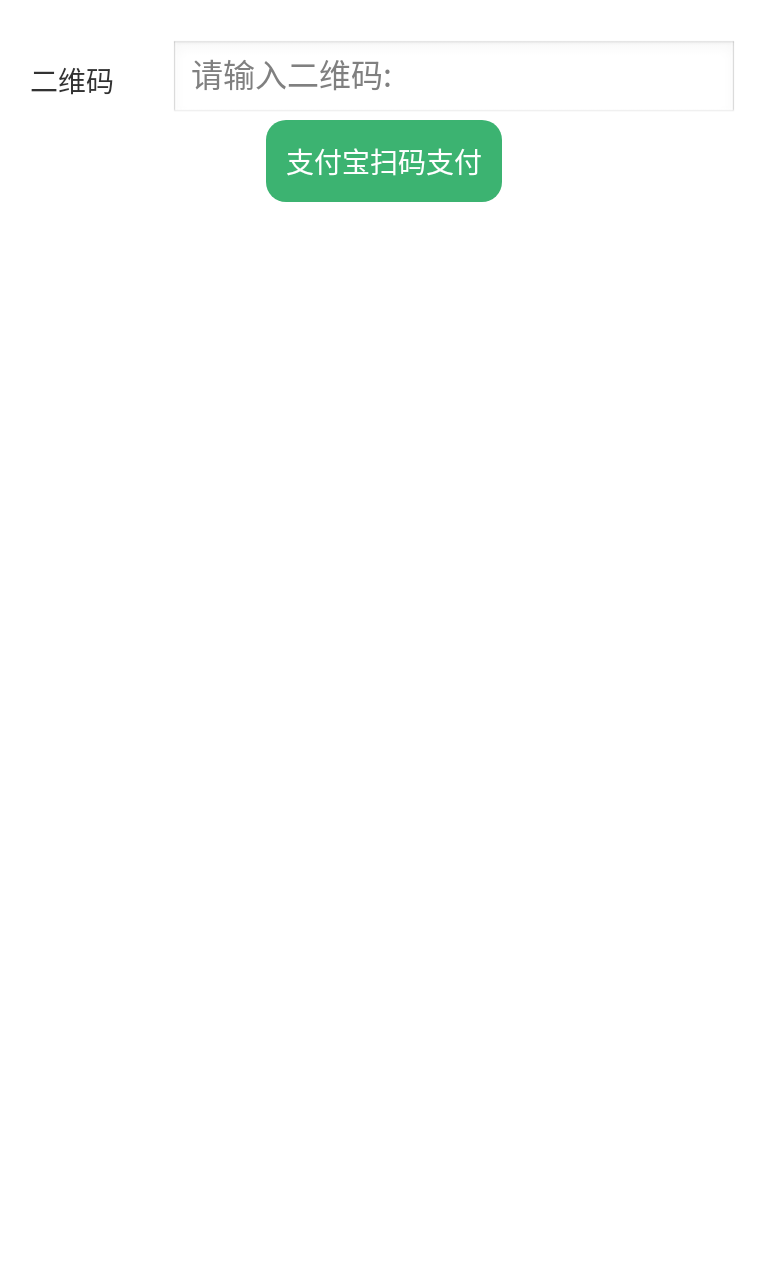
Repository: blanks1314/sysnc_android
Layout: UpayDemo/res/layout/fragment_alipay.xml
An editor plug-in stored every save of this project. The layout is shown before and after the next save, followed by the edit.
It is drawn on a 768 x 1280 px phone screen (xhdpi) without system bars, with theme AppTheme; the app's code is not run.

Above is the layout before, as saved 2015-04-28 06:39:14.

After the next save:
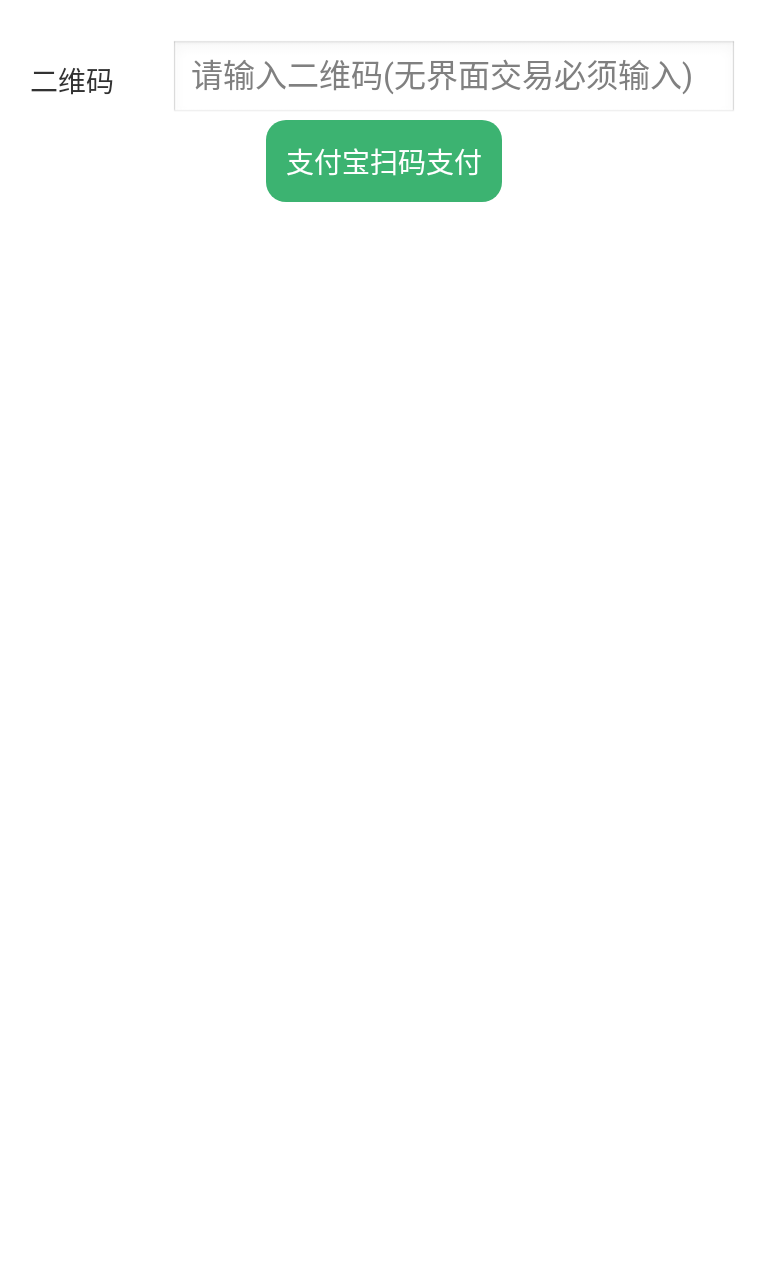
Saved 94 s later.
--- a/UpayDemo/res/layout/fragment_alipay.xml
+++ b/UpayDemo/res/layout/fragment_alipay.xml
@@ -16,7 +16,7 @@
         <EditText
             android:id="@+id/tv_qrcode"
             style="@style/edit_style_1"
-            android:hint="请输入二维码:" />
+            android:hint="请输入二维码(无界面交易必须输入)" />
     </LinearLayout>
 
     <Button
